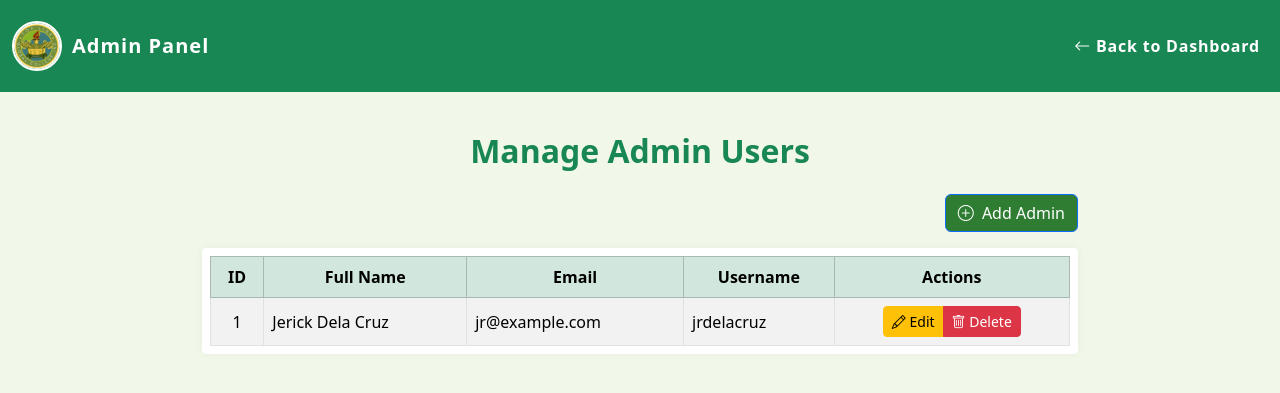
Repository: partymaker01/IT2C_Enrollment_System_SourceCode
Page: http://localhost/IT2C_Enrollment_System_SourceCode/ADMIN/User_Management/manage-admins-users.php
These files come from the project's save history. The page is drawn as it stood at one moment and after a run of saves; the edit follows.
The browser window is 1280 px wide. The pictures show the whole page.
The page is run by PHP 8.4 with error messages shown; the project is at /var/www/html/.

Above is the page before, as saved 2025-05-30 23:32:34.

### ADMIN/User_Management/manage-admins-users.php
<?php

$admins = [
  ['id' => 1, 'name' => 'Jerick Dela Cruz', 'email' => 'jr@example.com', 'username' => 'jrdelacruz']
];

if ($_SERVER['REQUEST_METHOD'] === 'POST') {
  $newAdmin = [
    'id' => count($admins) + 1,
    'name' => $_POST['fullName'],
    'email' => $_POST['email'],
    'username' => $_POST['username']
  ];
  $admins[] = $newAdmin;
}
?>
<!DOCTYPE html>
<html lang="en">
<head>
  <meta charset="UTF-8" />
  <title>Manage Admin Users</title>
  <meta name="viewport" content="width=device-width, initial-scale=1" />
  <link href="https://cdn.jsdelivr.net/npm/bootstrap@5.3.2/dist/css/bootstrap.min.css" rel="stylesheet" />
  <script src="https://cdn.jsdelivr.net/npm/bootstrap@5.3.2/dist/js/bootstrap.bundle.min.js"></script>
  <link rel="icon" href="favicon.ico" type="image/x-icon">
  <style>
    body {
      background-color: #f1f8e9;
    }
        .navbar {
      background-color: #2e7d32;
    }
    .navbar-brand, .nav-link {
      color: #fff !important;
      font-weight: 600;
      letter-spacing: 0.05em;
    }
    .nav-link:hover {
      color: #c8e6c9 !important;
    }
    .school-logo {
      width: 50px;
      height: 50px;
      object-fit: cover;
      border-radius: 50%;
      margin-right: 10px;
      border: 2px solid #fff;
    }
    .container {
      margin-top: 40px;
      max-width: 900px;
    }
    .modal-header, .btn-primary {
      background-color: #2e7d32;
      color: white;
    }
    .btn-primary:hover, .btn-warning:hover, .btn-danger:hover {
      filter: brightness(0.9);
      transition: filter 0.2s ease-in-out;
    }
    .table-responsive {
      box-shadow: 0 0 10px rgba(0,0,0,0.05);
      border-radius: 0.25rem;
      background: white;
      padding: 0.5rem;
    }
    @media (max-width: 576px) {
      .btn-sm {
        width: 100%;
        margin-bottom: 0.3rem;
      }
      .btn-group-sm > .btn {
        margin-bottom: 0.3rem;
      }
    }
  </style>
</head>
<body>
  <nav class="navbar navbar-expand-lg navbar-dark bg-success py-3">
  <div class="container-fluid">
    <a class="navbar-brand d-flex align-items-center" href="#">
      <img src="/IT2C_Enrollment_System_SourceCode/picture/tlgc_pic.jpg" alt="School Logo" class="school-logo">
      Admin Panel
    </a>
    <button class="navbar-toggler" type="button" data-bs-toggle="collapse" data-bs-target="#navbarNav" aria-controls="navbarNav" aria-expanded="false" aria-label="Toggle navigation">
      <span class="navbar-toggler-icon"></span>
      </button>
      <div class="collapse navbar-collapse" id="navbarNav">
        <ul class="navbar-nav ms-auto">
          <li class="nav-item"><a class="nav-link" href="/IT2C_Enrollment_System_SourceCode/ADMIN/admin-dashboard.php" class="btn btn-outline-secondary mb-3">
          <i class="bi bi-arrow-left"></i> Back to Dashboard
          </a>
      </ul>
      </div>
    </div>
  </nav>
  <div class="container">
    <h2 class="text-center mb-4 text-success fw-bold">
      Manage Admin Users
    </h2>
    <div class="d-flex justify-content-end mb-3">
      <button class="btn btn-primary" data-bs-toggle="modal" data-bs-target="#addAdminModal">
        <i class="bi bi-plus-circle me-1"></i>
        Add Admin
      </button>
    </div>

    <div class="table-responsive">
      <table class="table table-bordered table-striped align-middle mb-0">
        <thead class="table-success text-center">
          <tr>
            <th>
              ID
            </th>
            <th>
              Full Name
            </th>
            <th>
              Email
            </th>
            <th>
              Username
            </th>
            <th style="min-width:140px;">
              Actions
            </th>
          </tr>
        </thead>
        <tbody>
          <?php foreach ($admins as $admin): ?>
          <tr>
            <td class="text-center"><?= htmlspecialchars($admin['id']) ?></td>
            <td><?= htmlspecialchars($admin['name']) ?></td>
            <td><?= htmlspecialchars($admin['email']) ?></td>
            <td><?= htmlspecialchars($admin['username']) ?></td>
            <td class="text-center">
              <div class="btn-group btn-group-sm" role="group" aria-label="Admin Actions">
                <button class="btn btn-warning" title="Edit" onclick="editData(id)">
  <i class="bi bi-pencil"></i> Edit
</button>

<button class="btn btn-danger" title="Delete" onclick="deleteData(id)">
  <i class="bi bi-trash"></i> Delete
</button>
              </div>
            </td>
          </tr>
          <?php endforeach; ?>
        </tbody>
      </table>
    </div>
  </div>


  <div class="modal fade" id="addAdminModal" tabindex="-1" aria-labelledby="addAdminModalLabel" aria-hidden="true">
    <div class="modal-dialog modal-dialog-centered modal-lg">
      <div class="modal-content">
        <div class="modal-header">
          <h5 class="modal-title" id="addAdminModalLabel">
            Add New Admin
          </h5>
          <button type="button" class="btn-close btn-close-white" data-bs-dismiss="modal" aria-label="Close"></button>
        </div>
        <div class="modal-body">
          <form method="POST" novalidate>
            <div class="mb-3">
              <label for="fullName" class="form-label">
                Full Name
              </label>
              <input
                type="text"
                class="form-control"
                id="fullName"
                name="fullName"
                placeholder="Enter full name"
                required
              />
              <div class="invalid-feedback">
                Please enter the full name.
              </div>
            </div>
            <div class="mb-3">
              <label for="email" class="form-label">
                Email
              </label>
              <input
                type="email"
                class="form-control"
                id="email"
                name="email"
                placeholder="Enter email address"
                required
              />
              <div class="invalid-feedback">
                Please enter a valid email address.
              </div>
            </div>
            <div class="mb-3">
              <label for="username" class="form-label">
                Username
              </label>
              <input
                type="text"
                class="form-control"
                id="username"
                name="username"
                placeholder="Enter username"
                required
              />
              <div class="invalid-feedback">
                Please enter a username.
              </div>
            </div>
            <div class="mb-3">
              <label for="password" class="form-label">
                Password
              </label>
              <input
                type="password"
                class="form-control"
                id="password"
                name="password"
                placeholder="Enter password"
                required
              />
              <div class="invalid-feedback">
                Please enter a password.
              </div>
            </div>
            <button type="submit" class="btn btn-primary w-100">
              Save Admin
            </button>
          </form>
        </div>
      </div>
    </div>
  </div>

  <script>
    (() => {
      'use strict';
      const forms = document.querySelectorAll('form');

      Array.from(forms).forEach(form => {
        form.addEventListener('submit', event => {
          if (!form.checkValidity()) {
            event.preventDefault();
            event.stopPropagation();
          }
          form.classList.add('was-validated');
        }, false);
      });
    })();
  </script>

  <link
    rel="stylesheet"
    href="https://cdn.jsdelivr.net/npm/bootstrap-icons@1.10.5/font/bootstrap-icons.css"
  />
</body>
</html>

After the next 2 saves:
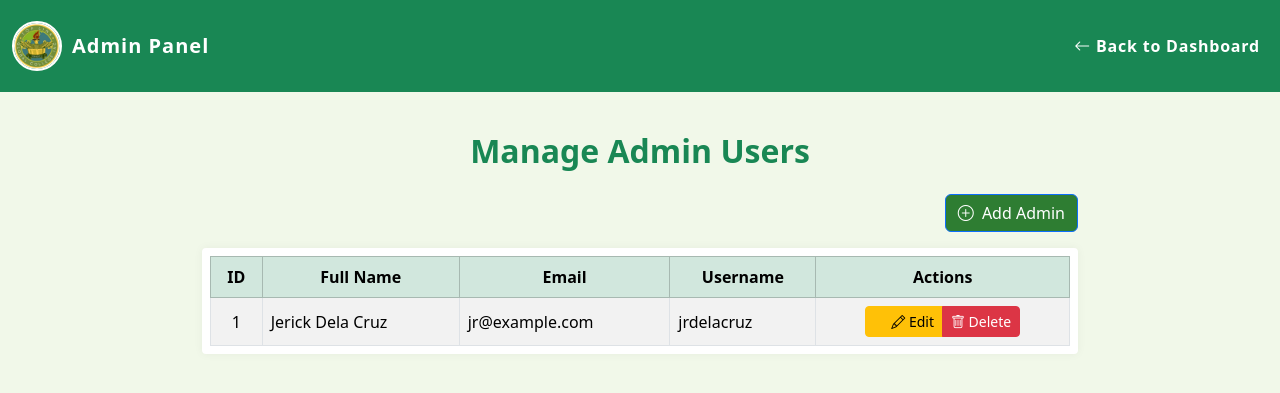
The 2 saves are shown as one change because they came seconds apart.
The last was saved 19 s later.
--- a/ADMIN/User_Management/manage-admins-users.php
+++ b/ADMIN/User_Management/manage-admins-users.php
@@ -136,12 +136,12 @@
             <td class="text-center">
               <div class="btn-group btn-group-sm" role="group" aria-label="Admin Actions">
                 <button class="btn btn-warning" title="Edit" onclick="editData(id)">
-  <i class="bi bi-pencil"></i> Edit
-</button>
-
-<button class="btn btn-danger" title="Delete" onclick="deleteData(id)">
-  <i class="bi bi-trash"></i> Delete
-</button>
+                <button class="btn btn-warning" title="Edit" onclick="editData(id)">
+                  <i class="bi bi-pencil"></i> Edit
+                </button>
+                <button class="btn btn-danger" title="Delete" onclick="deleteData(id)">
+                  <i class="bi bi-trash"></i> Delete
+                </button>
               </div>
             </td>
           </tr>

After the 3 saves that followed:
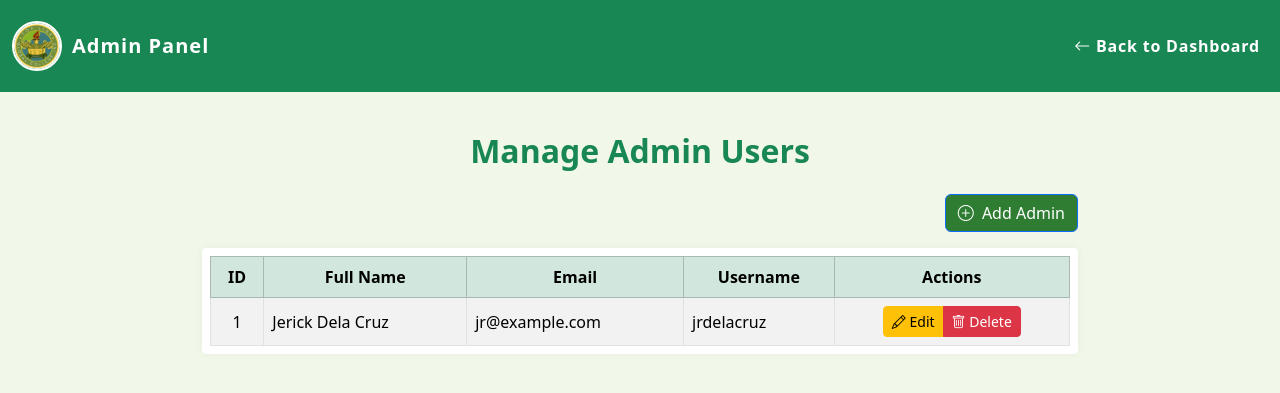
The 3 saves are shown as one change because 2 left the picture as it was.
The last was saved 3 min 13 s later.
--- a/ADMIN/User_Management/manage-admins-users.php
+++ b/ADMIN/User_Management/manage-admins-users.php
@@ -134,16 +134,15 @@
             <td><?= htmlspecialchars($admin['email']) ?></td>
             <td><?= htmlspecialchars($admin['username']) ?></td>
             <td class="text-center">
-              <div class="btn-group btn-group-sm" role="group" aria-label="Admin Actions">
-                <button class="btn btn-warning" title="Edit" onclick="editData(id)">
-                <button class="btn btn-warning" title="Edit" onclick="editData(id)">
-                  <i class="bi bi-pencil"></i> Edit
-                </button>
-                <button class="btn btn-danger" title="Delete" onclick="deleteData(id)">
-                  <i class="bi bi-trash"></i> Delete
-                </button>
-              </div>
-            </td>
+  <div class="btn-group btn-group-sm" role="group" aria-label="Admin Actions">
+    <button class="btn btn-warning" title="Edit" onclick="editData(<?= $admin['id'] ?>)">
+      <i class="bi bi-pencil"></i> Edit
+    </button>
+    <button class="btn btn-danger" title="Delete" onclick="deleteData(<?= $admin['id'] ?>)">
+      <i class="bi bi-trash"></i> Delete
+    </button>
+  </div>
+</td>
           </tr>
           <?php endforeach; ?>
         </tbody>
@@ -237,6 +236,15 @@
   </div>
 
   <script>
+    function editData(id) {
+    window.location.href = 'edit.php?id=' + id;
+  }
+
+  function deleteData(id) {
+    if (confirm('Are you sure you want to delete this record?')) {
+      window.location.href = 'delete.php?id=' + id;
+    }
+  }
     (() => {
       'use strict';
       const forms = document.querySelectorAll('form');
